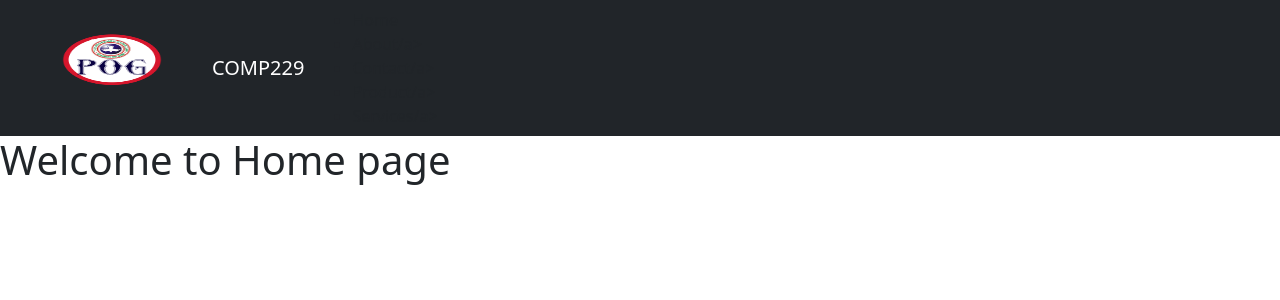
Repository: VuNhatDinhLe/test
Page: http://localhost/
An editor plug-in stored every save of this project. The page is shown before and after a run of saves, followed by the edit.
The browser window is 1280 px wide. The pictures show the whole page.
The page is served by the project's Node server (server.js).

Above is the page before, as saved 2023-05-24 01:26:20.

After the next 3 saves:
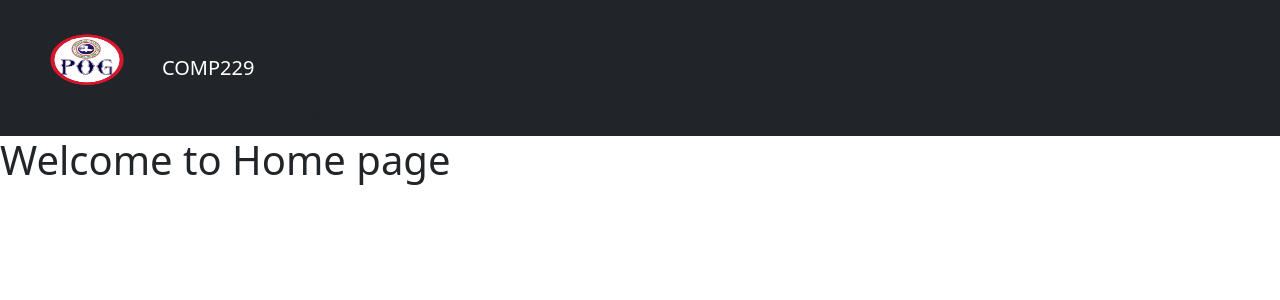
The 3 saves are shown as one change because they came seconds apart.
The last was saved 41 s later.
--- a/WEEK3DEMO/app/views/index.ejs
+++ b/WEEK3DEMO/app/views/index.ejs
@@ -13,7 +13,7 @@
 
     <nav class="navbar navbar-expand-lg navbar-dark bg-dark">
   <div class="container-fluid">
-    <img src="/img/logo.png" alt="logo" style: width="200px"; height="100px">
+    <img src="/img/logo.png" alt="logo" style: width="150px"; height="100px">
     <a class="navbar-brand" href="#">COMP229</a>
     <button class="navbar-toggler" type="button" data-bs-toggle="collapse" data-bs-target="#navbarSupportedContent" aria-controls="navbarSupportedContent" aria-expanded="false" aria-label="Toggle navigation">
       <span class="navbar-toggler-icon"></span>
